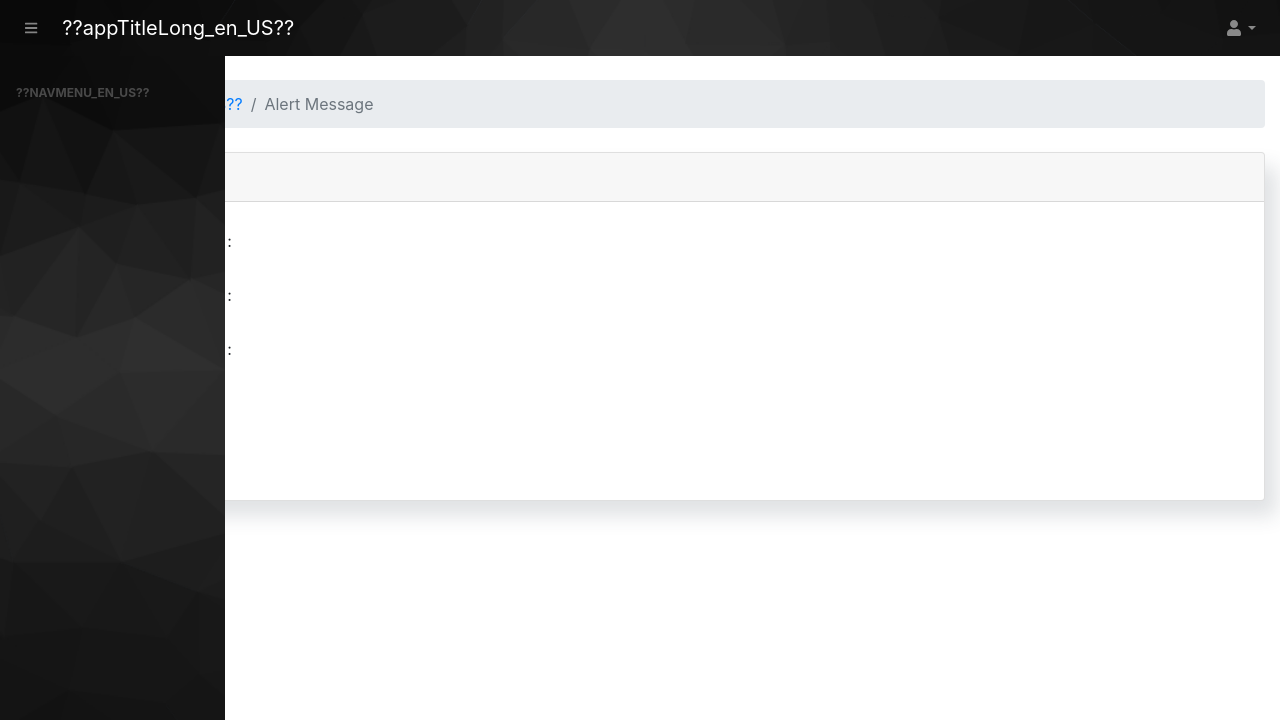
Repository: limaknima/kmy-pdfs
Page: http://localhost/base/maint/viewAlert
An editor plug-in stored every save of this project. The page is shown before and after the next save, followed by the edit.
The browser window is 1280 px wide. The pictures show the whole page.
The page is this project's Thymeleaf template; nobody is signed in. The template is opened directly, without the code that normally fills it, so the values that code supplies are empty.

Above is the page before, as saved 2023-08-02 03:20:53.

After the next save:
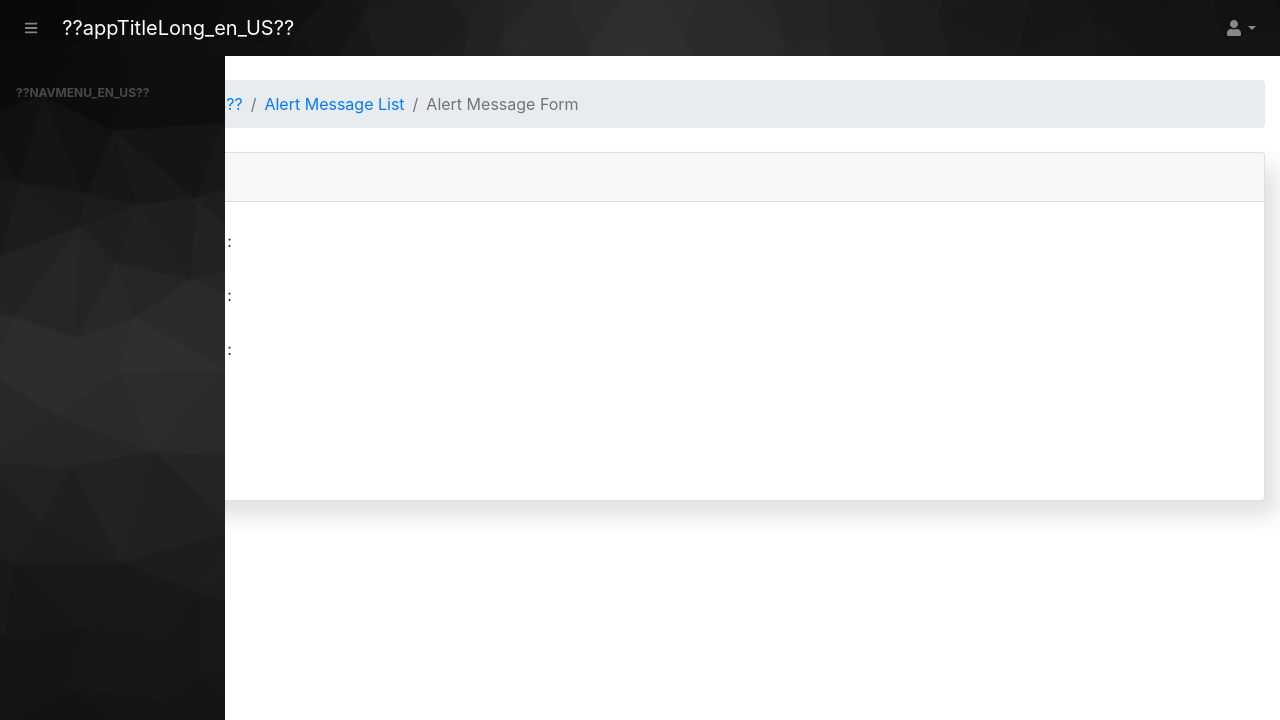
Saved 46 s later.
--- a/pfc-parent/pfc-web/src/main/resources/templates/base/maint/viewAlert.html
+++ b/pfc-parent/pfc-web/src/main/resources/templates/base/maint/viewAlert.html
@@ -21,7 +21,8 @@
 					<ol class="breadcrumb mb-4">
 						<li class="breadcrumb-item active" ><a th:href="@{/}"><i class="fa fa-home"></i></a></li>
 						<li class="breadcrumb-item active" ><a th:href="@{/menu/maintenanceMenu}"><span th:text="#{menuMaint}"></span></a></li>
-						<li class="breadcrumb-item active" >Alert Message</li>
+						<li class="breadcrumb-item active" ><a th:href="@{/base/maint/alertList}">Alert Message List</a></li>
+						<li class="breadcrumb-item active" >Alert Message Form</li>
 					</ol>
 					<div class="alert alert-success alert-dismissible" th:if="${error}">
 						<a class="close" data-dismiss="alert" aria-label="close">&times;</a>
